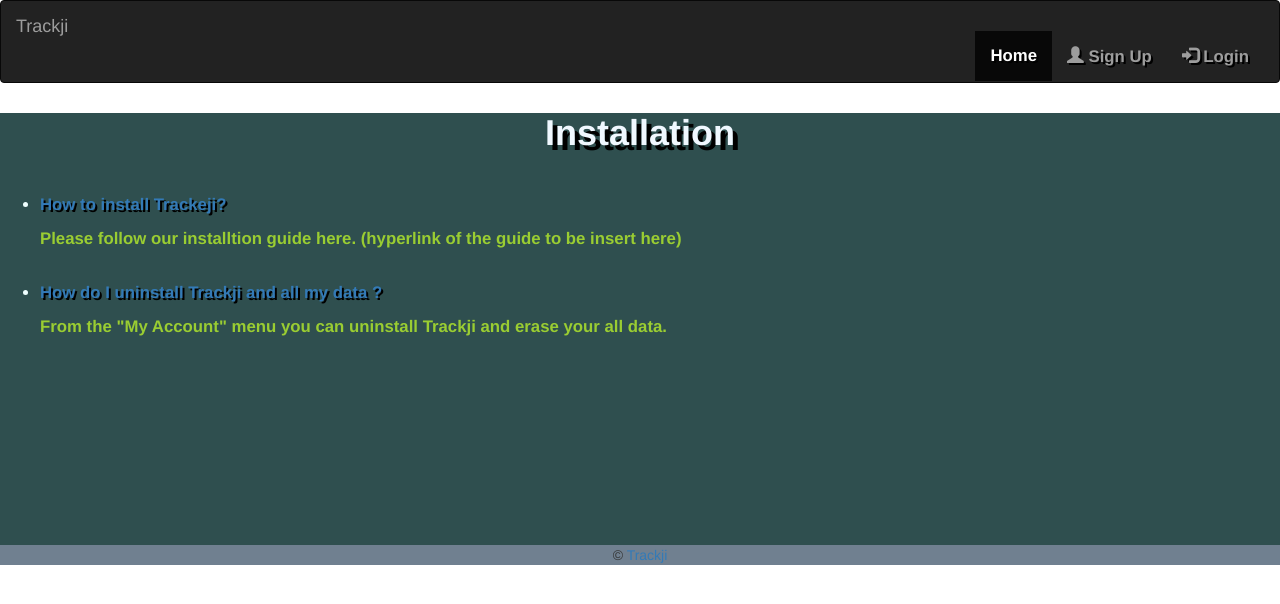
Repository: prathmeshgodbole/Web_Development
Page: Mobile_tracker/Installation.html
An editor plug-in stored every save of this project. The page is shown before and after the next save, followed by the edit.
The browser window is 1280 px wide. The pictures show the whole page.

Above is the page before, as saved 2020-03-08 18:33:01.

After the next save:
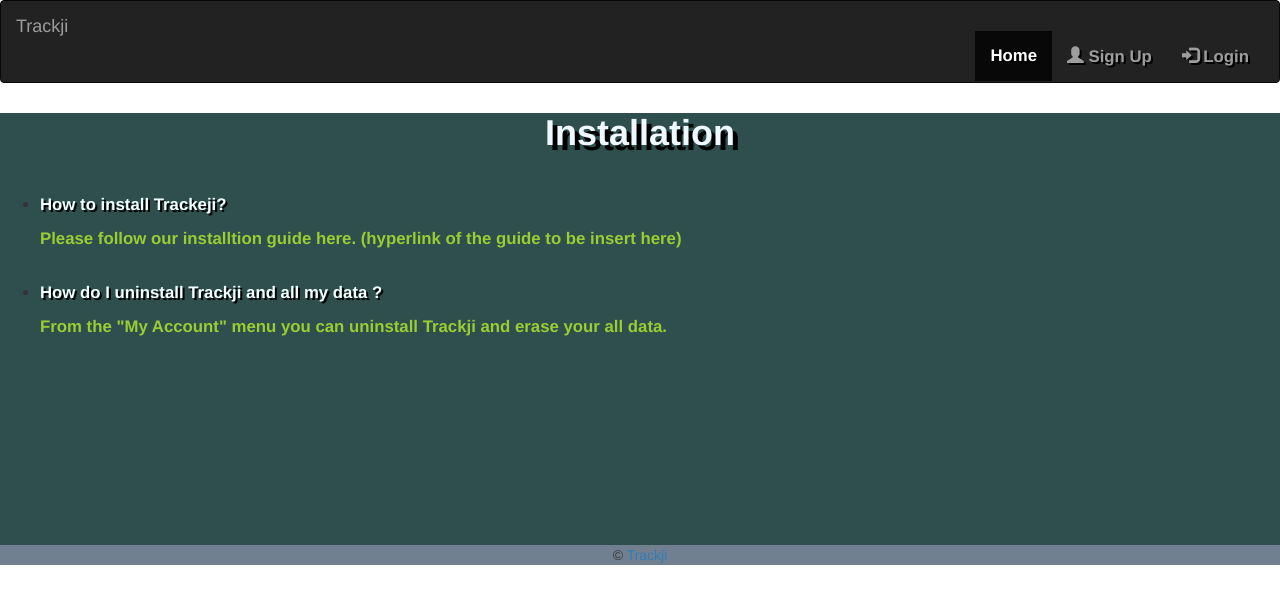
Saved 25 s later.
--- a/Mobile_tracker/css/installation.css
+++ b/Mobile_tracker/css/installation.css
@@ -21,13 +21,13 @@ ul {
 }
 
 ul li {
-    color: azure;
     font-weight: bold;
     font-size: larger;
     margin-top: 30px;
 }
 
 ul li a {
+    color: azure;
     text-shadow: black 2px 2px;
 }
 
